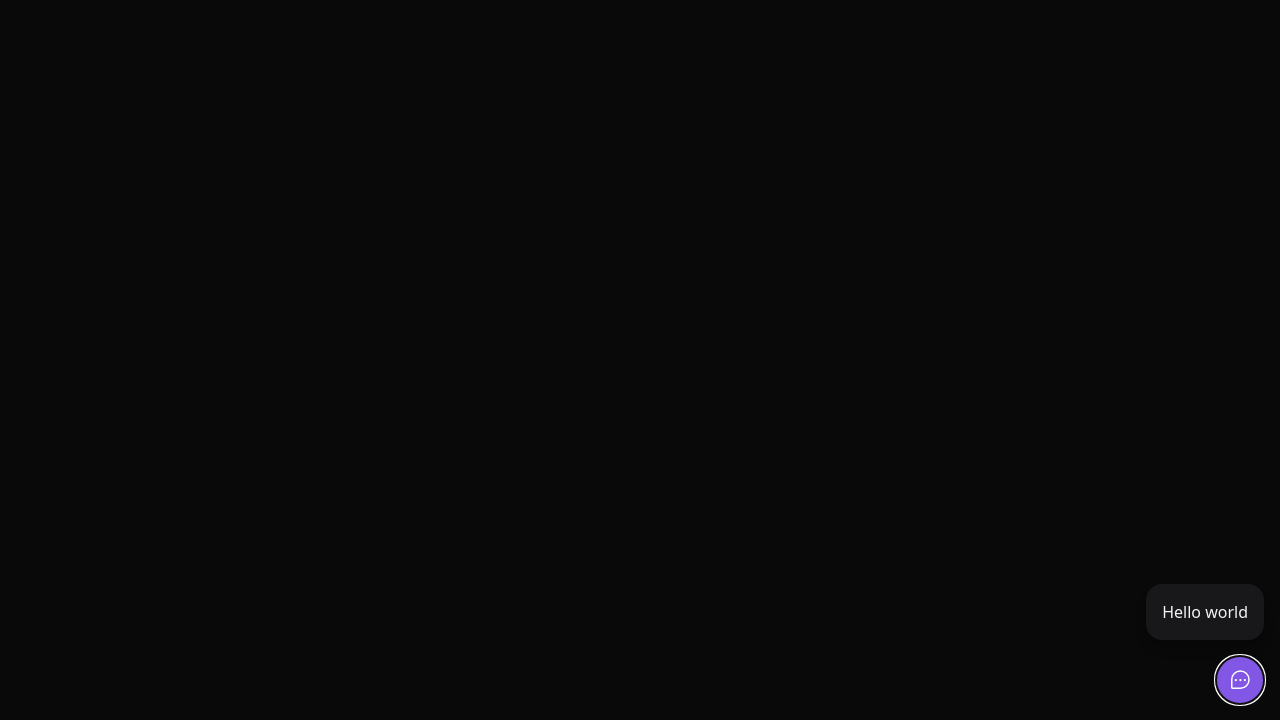
Repository: andynadvorny/feedget-web
Page: /, after clicking the first element matching `#headlessui-popover-button-\:r8\:`
The author's editor kept a copy of each file at every save. The page is drawn from the files as they stood at one save, then again after the next save.
The browser window is 1280 px wide. The pictures show the whole page.
The project was rebuilt for these pictures with package versions that can differ from the ones it lists, and the page was loaded fresh each time. Also part of the build but not shown: vite.config.ts.

Above is the page before, as saved 2022-05-03 12:16:24.

After the next save:
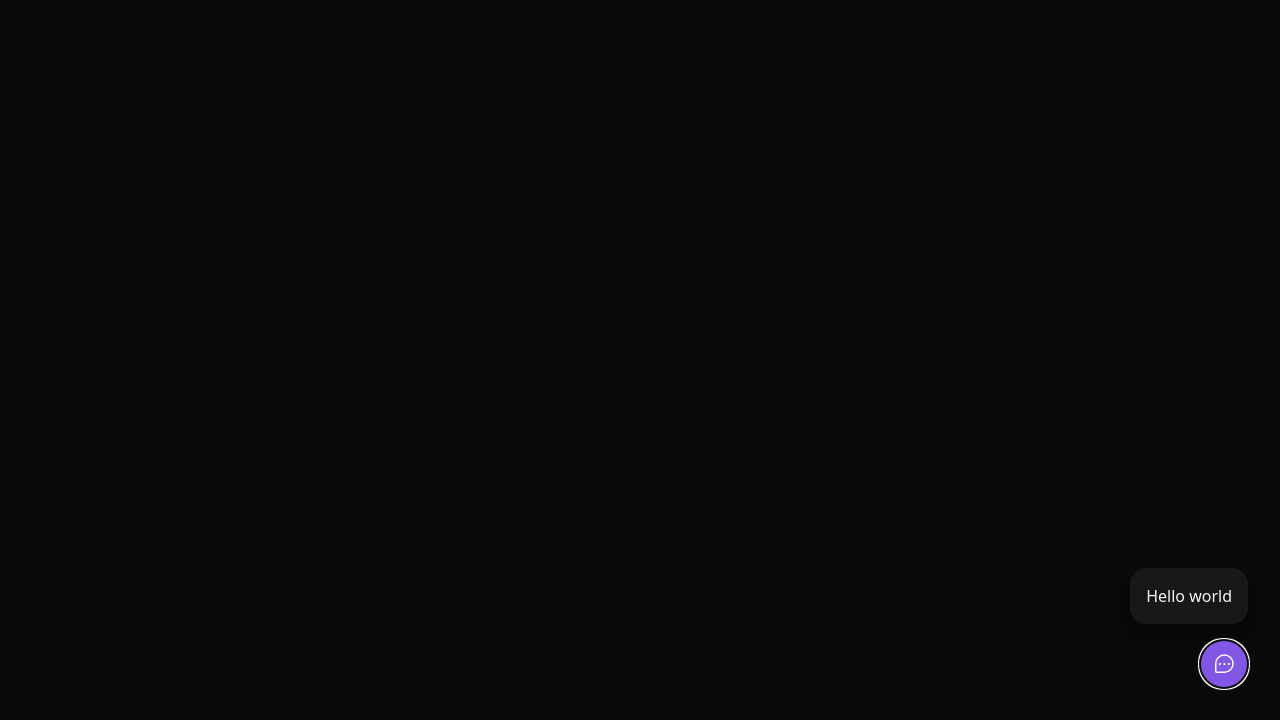
Saved 69 s later.
--- a/src/components/Widget.tsx
+++ b/src/components/Widget.tsx
@@ -5,7 +5,7 @@ import { WidgetForm } from './WidgetForm'
 export function Widget() {
 
   return (
-    <Popover className="absolute bottom-4 right-4 flex flex-col items-end">
+    <Popover className="absolute bottom-4 right-4 md:bottom-8 md:right-8 flex flex-col items-end">
       <Popover.Panel>
         <WidgetForm />
       </Popover.Panel>
